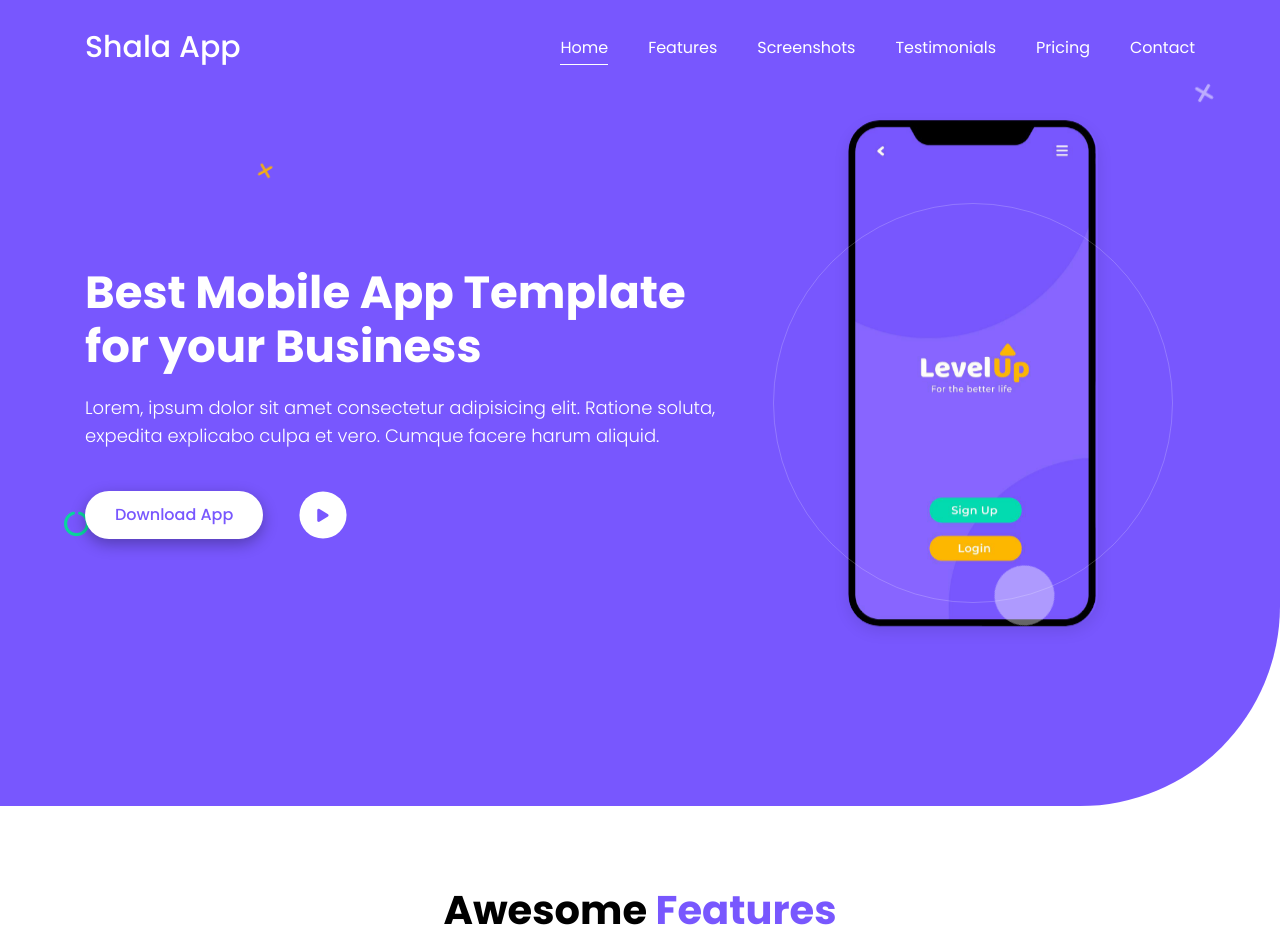
Repository: Mohamed-Hema/Shala-App
Page: index.html
These files come from the project's save history. The page is drawn as it stood at one moment and after the next save; the edit follows.
The browser window is 1280 px wide. The pictures show the part of the page from y = 0 to 952 px (the page is 1896 px tall before and 2700 px after).
A picture or video elsewhere on the page could not be fetched, so the positions and the page height are approximate. Some web libraries are served in a nearby version.

Above is the page before, as saved 2021-02-19 16:32:17.

After the next save:
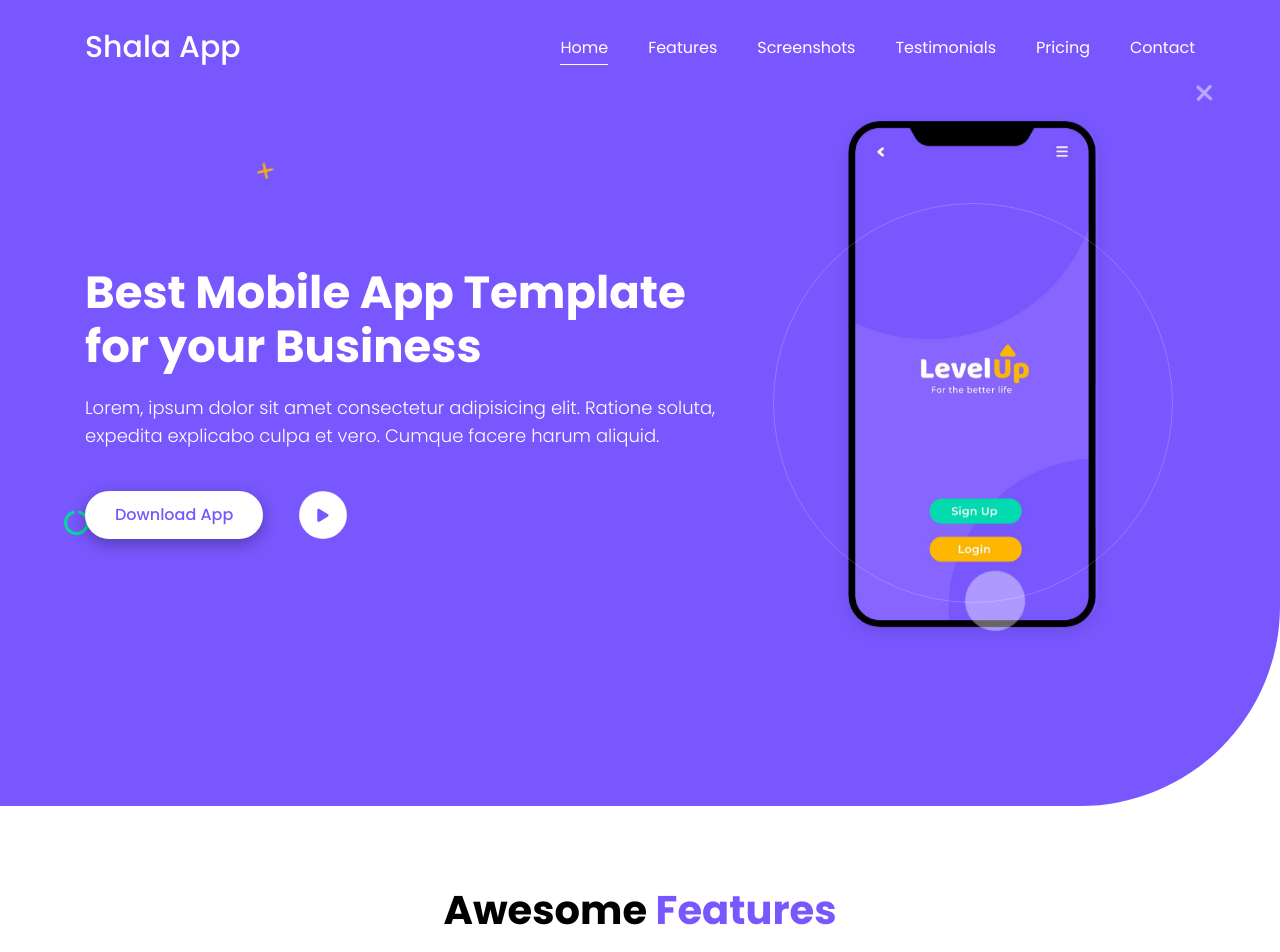
Saved 12 s later.
--- a/index.html
+++ b/index.html
@@ -134,7 +134,7 @@
       <div class="row">
         <div class="col-lg-6 col-md-5">
           <div class="fun-fact-img">
-            <img src="imag/app" alt="">
+            <img src="img/app-screenshots/2.png" alt="">
           </div>
         </div>
         <div class="col-lg-6 col-md-7">
